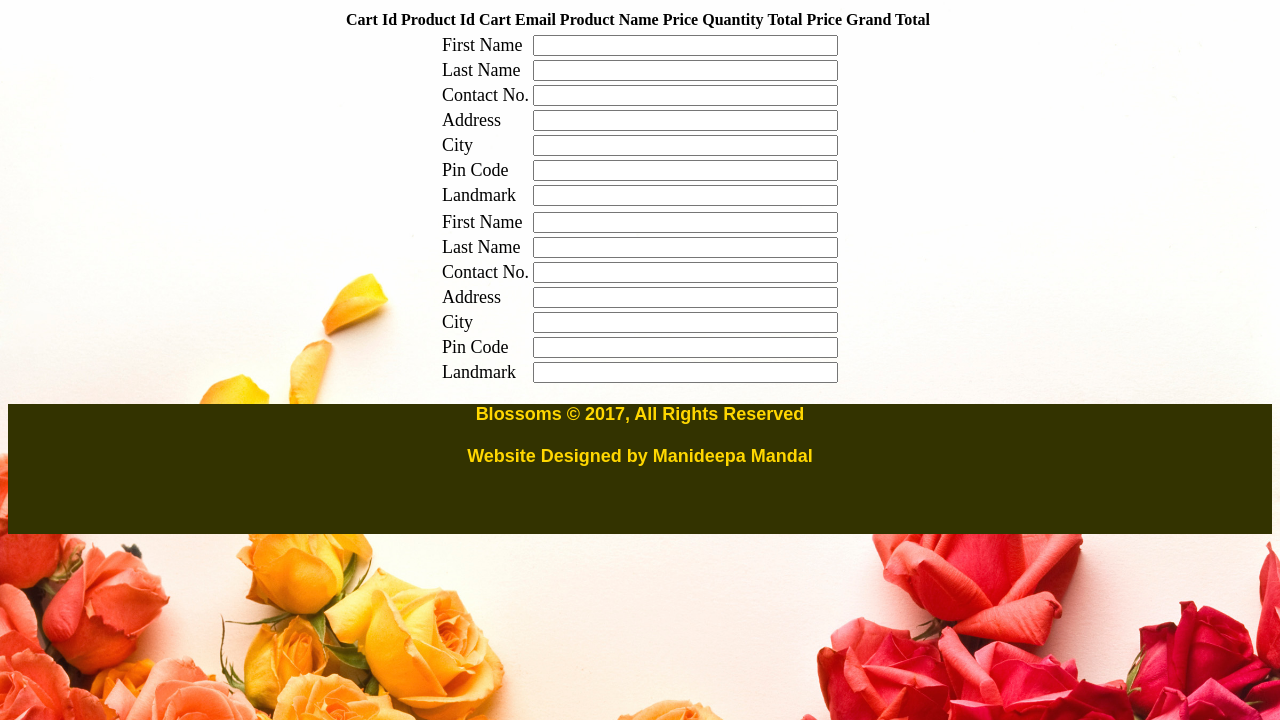
Repository: Mani02/Manideepa
Page: http://localhost/ShoppingCart/WEB-INF/view/Order.jsp
The author's editor kept a copy of each file at every save. The page is drawn from the files as they stood at one save, then again after the next save.
The browser window is 1280 px wide. The pictures show the whole page.
The page is served by Tomcat 9. Nobody is signed in. Other server files are loaded and not shown. The template is opened directly, without the code that normally fills it, so the values that code supplies are empty.

Above is the page before, as saved 2017-04-04 10:43:07.

### ShoppingCart/src/main/webapp/WEB-INF/view/Order.jsp
<%@ page language="java" contentType="text/html; charset=ISO-8859-1"
	pageEncoding="ISO-8859-1"%>
<!DOCTYPE html PUBLIC "-//W3C//DTD HTML 4.01 Transitional//EN" "http://www.w3.org/TR/html4/loose.dtd">
<%@taglib prefix="c" uri="http://java.sun.com/jsp/jstl/core"%>
<%@ taglib prefix="form" uri="http://www.springframework.org/tags/form"%>
<html>
<head>
<meta http-equiv="Content-Type" content="text/html; charset=ISO-8859-1">
<title>Order page</title>
</head>
<body
	style="background: url('${ctx}resources/images/Thanku.jpg'); background-size: cover;">
	<center>
		<table>
			<thead>
				<tr>
					<th>Cart Id</th>
					<th>Product Id</th>
					<th>Cart Email</th>
					<th>Product Name</th>
					<th>Price</th>
					<th>Quantity</th>
					<th>Total Price</th>
					<th>Grand Total</th>
					<th></th>
				</tr>
			</thead>

			<tbody>
				<c:forEach items="${allcart}" var="cart">
					<tr>
						<td>${cart.cartid}</td>
						<td>${cart.productid}</td>
						<td>${cart.cartemail}</td>
						<td>${cart.productName}</td>
						<td>${cart.price}</td>
						<td>${cart.quantity}</td>
						<td>${cart.totalprice}</td>
						<td>${cart.grandtotal}</td>
					</tr>
				</c:forEach>
			</tbody>
		</table>


		<form:form method="post" modelAttribute="s">
			<table id="shipping">
				<tr>
					<td><font size="4">First Name</font></td>
					<td><input type="text" name="firstname" size="35"></td>
				</tr>
				<tr>
					<td><font size="4">Last Name</font></td>
					<td><input type="text" name="lastname" size="35"></td>
				</tr>
				<tr>
					<td><font size="4">Contact No.</font></td>
					<td><input type="text" name="contactNo" size="35"></td>
				</tr>
				<tr>
					<td><font size="4">Address</font></td>
					<td><input type="text" name="address" size="35"></td>
				</tr>
				<tr>
					<td><font size="4">City</font></td>
					<td><input type="text" name="city" size="35"></td>
				</tr>
				<tr>
					<td><font size="4">Pin Code</font></td>
					<td><input type="text" name="pincode" size="35"></td>
				</tr>
				<tr>
					<td><font size="4">Landmark</font></td>
					<td><input type="text" name="landmark" size="35"></td>
				</tr>

			</table>

		</form:form>

		<form:form method="post">
			<table id="shipping">
				<tr>
					<td><font size="4">First Name</font></td>
					<td><input type="text" name="firstname" size="35"></td>
				</tr>
				<tr>
					<td><font size="4">Last Name</font></td>
					<td><input type="text" name="lastname" size="35"></td>
				</tr>
				<tr>
					<td><font size="4">Contact No.</font></td>
					<td><input type="text" name="contactNo" size="35"></td>
				</tr>
				<tr>
					<td><font size="4">Address</font></td>
					<td><input type="text" name="address" size="35"></td>
				</tr>
				<tr>
					<td><font size="4">City</font></td>
					<td><input type="text" name="city" size="35"></td>
				</tr>
				<tr>
					<td><font size="4">Pin Code</font></td>
					<td><input type="text" name="pincode" size="35"></td>
				</tr>
				<tr>
					<td><font size="4">Landmark</font></td>
					<td><input type="text" name="landmark" size="35"></td>
				</tr>

			</table>

		</form:form>

	</center>
	<div id="footer">
		<%@include file="footer.jsp"%>
	</div>
</body>
</html>

### ShoppingCart/src/main/webapp/WEB-INF/view/footer.jsp
<%@ page language="java" contentType="text/html; charset=ISO-8859-1"
    pageEncoding="ISO-8859-1"%>
<!DOCTYPE html PUBLIC "-//W3C//DTD HTML 4.01 Transitional//EN" "http://www.w3.org/TR/html4/loose.dtd">
<html>
<head>
<meta http-equiv="Content-Type" content="text/html; charset=ISO-8859-1">
<%@taglib prefix="c" uri="http://java.sun.com/jsp/jstl/core" %>
    <c:set var="ctx" value="${pageContext.request.contextPath}"/>
<link href="${ctx}/resources/css/style.css" rel="stylesheet">

</head>
<body>
	<footer>
		<div class="footer">
			<center><font face="arial" color="gold" size="4">
			  <b><p>Blossoms © 2017, All Rights Reserved
                <br>
                <br>
                <span>Website Designed by Manideepa Mandal</span></p></b>
			  </font></center>
		</div>
	</footer>
</body>
</html>

### ShoppingCart/src/main/webapp/resources/css/style.css
@CHARSET "ISO-8859-1";

a:link {
	text-decoration: none;
}

a:hover {
	color: hotpink;
}

nav ul li a {
	background: #333300;
	display: inline-block;
	font-size: 13pt;
	color: gold;
	font-family: verdana;
}

nav ul li ul li a {
	background: #333300;
	display: inline-block;
	font-size: 13pt;
	font-color: gold;
	font-family: verdana;
}

footer {
	clear: both;
	height: 130px;
	background: #333300;
	width: 100%;
	bottom: 0px;
}



.navbar-header {
	text-shadow: 2px 2px 4px #ffffff;
}

.button {
	border-radius: 8px;
	background-color: #cccc00;
	color: white;
	font-size: 18px;
	font-weight: bold;
	width: 210px;
	height: 50px;
}

.button1 {
	border-radius: 8px;
	background-color: #ff6600;
	color: white;
	font-weight: bold;
	font-size: 18px;
	width: 210px;
	height: 50px;
}

.button2 {
	border-radius: 8px;
	background-color: #009933;
	color: gold;
	font-weight: bold;
	font-size: 18px;
	width: 120px;
	height: 30px;
}

.button3 {
	border-radius: 6px;
	background-color: #cc9900;
	color: white;
	font-weight: bold;
	font-size: 18px;
	width: 150px;
	height: 30px;
}

.prod-table {
	font-size: 20px;
	font-family: arial;
}

.main_section {
	font-size: 20px;
}

.sign_up_table {
	font-size: 20px;
}

.btn-glyphicon {
	padding: 8px;
	background: #ffffff;
	margin-right: 4px;
	font-size: 20px;
}

.success {
	font-size: 20px;
}

.danger {
	font-size: 20px;
}

.icon-btn {
	padding: 1px 15px 3px 2px;
	border-radius: 50px;
}

h2 {
	font-colour: DARKSLATEBLUE;
}

.message {
	float: left;
}

.jumbotron {
	background: #996600;
	color: #FFF;
	border-radius: 0px;
}

.jumbotron-sm {
	padding-top: 24px;
	padding-bottom: 24px;
}

.jumbotron small {
	color: #FFF;
}

.h3 {
	color: #FFF;
	font-weight: bold;
	font-size: 24px;
}

.well {
	background: #ffff99;
	font-weight: bold;
}

.address {
	font-size: 16px;
}

.glyphicon {
	font-size: 16px;
}

After the next save:
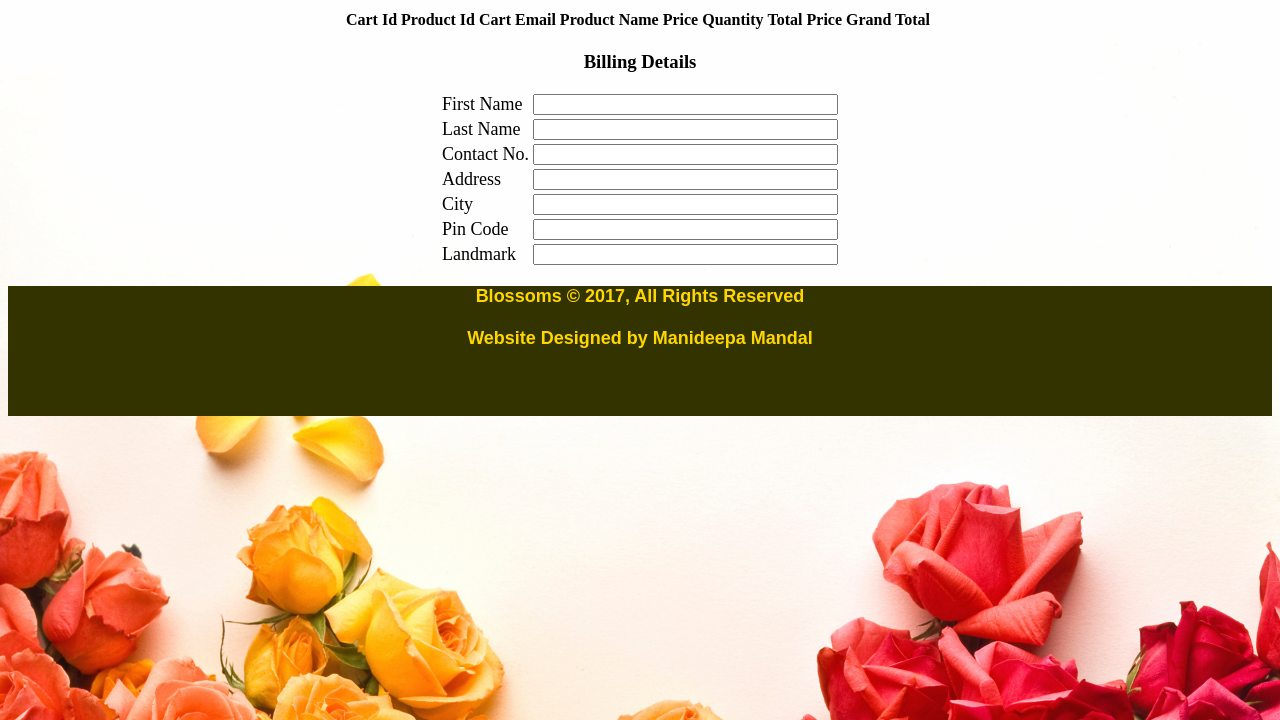
Saved 5 min 50 s later.
--- a/ShoppingCart/src/main/webapp/WEB-INF/view/Order.jsp
+++ b/ShoppingCart/src/main/webapp/WEB-INF/view/Order.jsp
@@ -43,40 +43,8 @@
 		</table>
 
 
-		<form:form method="post" modelAttribute="s">
-			<table id="shipping">
-				<tr>
-					<td><font size="4">First Name</font></td>
-					<td><input type="text" name="firstname" size="35"></td>
-				</tr>
-				<tr>
-					<td><font size="4">Last Name</font></td>
-					<td><input type="text" name="lastname" size="35"></td>
-				</tr>
-				<tr>
-					<td><font size="4">Contact No.</font></td>
-					<td><input type="text" name="contactNo" size="35"></td>
-				</tr>
-				<tr>
-					<td><font size="4">Address</font></td>
-					<td><input type="text" name="address" size="35"></td>
-				</tr>
-				<tr>
-					<td><font size="4">City</font></td>
-					<td><input type="text" name="city" size="35"></td>
-				</tr>
-				<tr>
-					<td><font size="4">Pin Code</font></td>
-					<td><input type="text" name="pincode" size="35"></td>
-				</tr>
-				<tr>
-					<td><font size="4">Landmark</font></td>
-					<td><input type="text" name="landmark" size="35"></td>
-				</tr>
+	<center><h3>Billing Details</h3></center>
 
-			</table>
-
-		</form:form>
 
 		<form:form method="post">
 			<table id="shipping">
